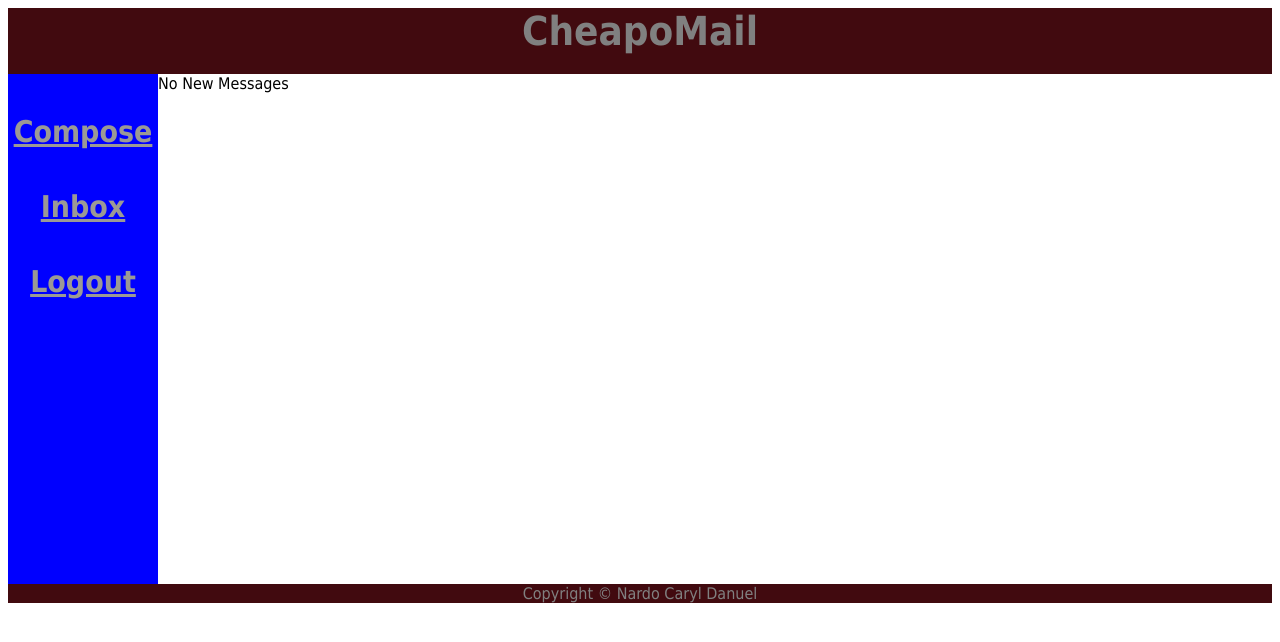
Repository: Wushum/Project-4
Page: http://localhost/message_board.php
The author's editor kept a record of every edit. The page is drawn from the files as they stood at one moment, then again after the next edit.
The browser window is 1280 px wide. The pictures show the whole page.
The page is run by PHP 8.4 with error messages shown; the project is at /var/www/html/. The session is filled in as if someone had signed in: {"Name": "Test User", "ID": 1, "Username": "testuser"}. Other server files are loaded and not shown.

Above is the page before.
Not found: messages_b.js

### message_board.php
<!DOCTYPE html>
<html >
	<?php session_start();?>
	<head>
		<title> Cheapo Mail |
		<?php	echo $_SESSION['Name'];?>
		</title>
		<meta http-equiv="Content-type" content="text/html;charset=ISO-8859-1" />
		<script src= 'messages_b.js' type='text/javascript'></script>
		<script src='//ajax.googleapis.com/ajax/libs/prototype/1.7.1.0/prototype.js' type='text/javascript'></script>
 		<link rel="stylesheet" type="text/css" href="message_board.css" />

	</head>

	<body id="container">

		<div>

			<div id="header">
				<h1 >CheapoMail</h1>
			</div>

			<div id="menu">
				<h4><a id='compose' href="#">Compose</a></h4>
				<h4><a href="message_board.php">Inbox</a></h4>

			<?php	//Capability of registering should only be accessible by the admin user
				if($_SESSION['Username'] == 'admin')
				{
					echo '<h4><a href="register.php">Register</a></h4>';
				}
			?>
				<h4><a href='cheapo.php?a=logout'>Logout</a></h4><!-- Sends request for logout control sequence to be run -->
				<span id='id'><?php echo $_SESSION['ID'];?></span>
			</div>

			<div id="content">
			No New Messages
			</div>

			<div id="footer">
			Copyright © Nardo Caryl Danuel</div>

		</div>
	</body>
</html>

### message_board.css
body{
	font-family: Tahoma;
}
#header{
	background: #410A0F;
}

h1{
	color: grey;
	margin-bottom: 0;
	text-align: center;
	padding-bottom: 20px;
	font-weight: bold;
	font-size: 40px;
	margin-top: 0;
}

#menu{
	background: blue;
	color: black;
	height: 450px;
	width: 150px;
	font-size: 30px;
	padding-bottom: 2em;
	font-family: Tahoma;
	text-align: center;
	float: left;
}


.compose_holder{
	position:absolute;
		top: 0px;
	background-color:#EEEEEE;
	border:  outset 5px #4A9C39;
	height:65%;
	width: 65%;
}

.button:hover{
	color:red;
}

#content{
	/*position:absolute;
	left:155px;
	background-color: #EEEEEE;
	height:510px;
	width:86.8%;
	/*float:left;
	text-align: center;
	font-size: 40px;*/
}

#id{
	display:none;
}

.messages
{
	border: 2px dashed #252314;
}


a{
	color: #9B9995;
}

#cancel
{

	position: relative;
	left:5em;
	top:-48px;
}


#footer{
	background: #410A0F;
	text-align: center;
	clear: both;
	color: grey;
	}

After the next edit:
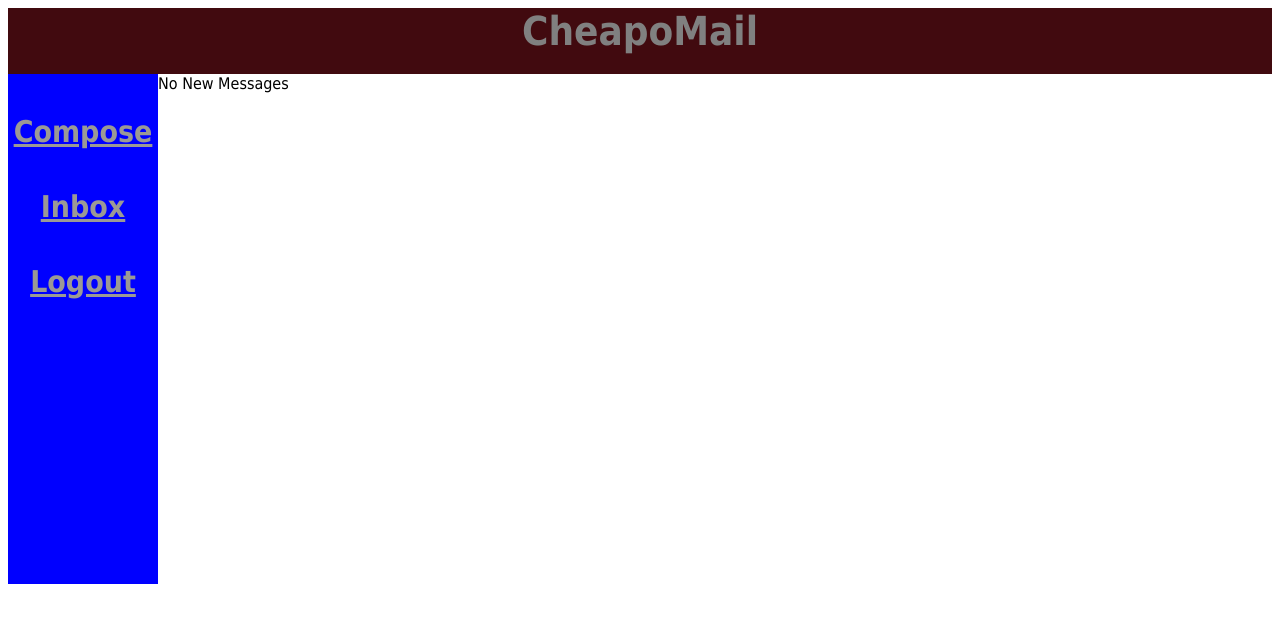
The edit:
--- a/message_board.php
+++ b/message_board.php
@@ -37,10 +37,6 @@
 			<div id="content">
 			No New Messages
 			</div>
-
-			<div id="footer">
-			Copyright © Nardo Caryl Danuel</div>
-
 		</div>
 	</body>
 </html>
